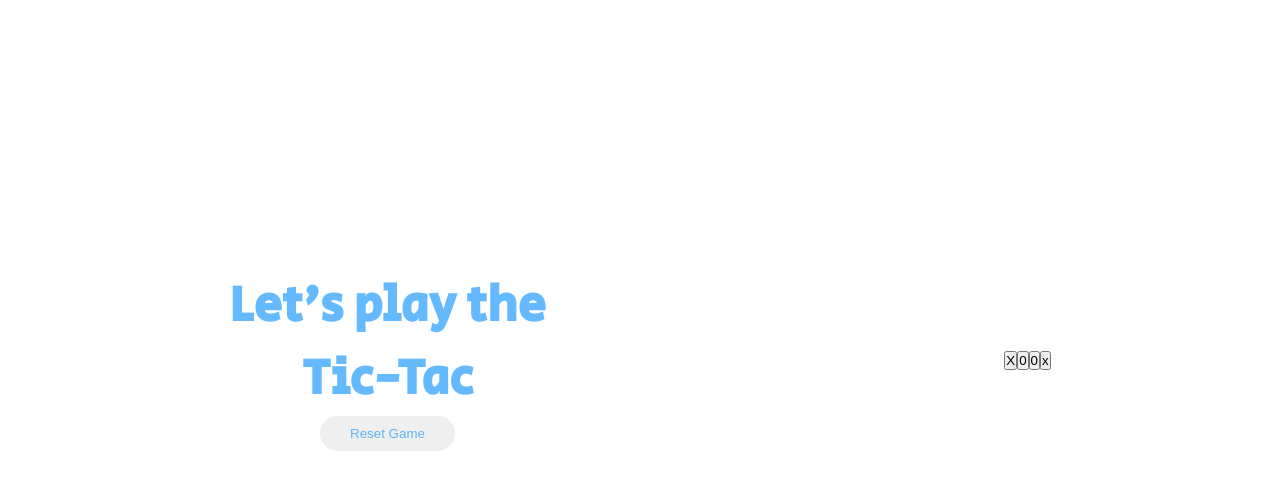
Repository: evergreenx/tic-tac
Page: /
An editor plug-in stored every save of this project. The page is shown before and after the next save, followed by the edit.
The browser window is 1280 px wide. The pictures show the whole page.
The project was rebuilt for these pictures with package versions that can differ from the ones it lists, and the page was loaded fresh each time.

Above is the page before, as saved 2022-04-21 04:10:15.

After the next save:
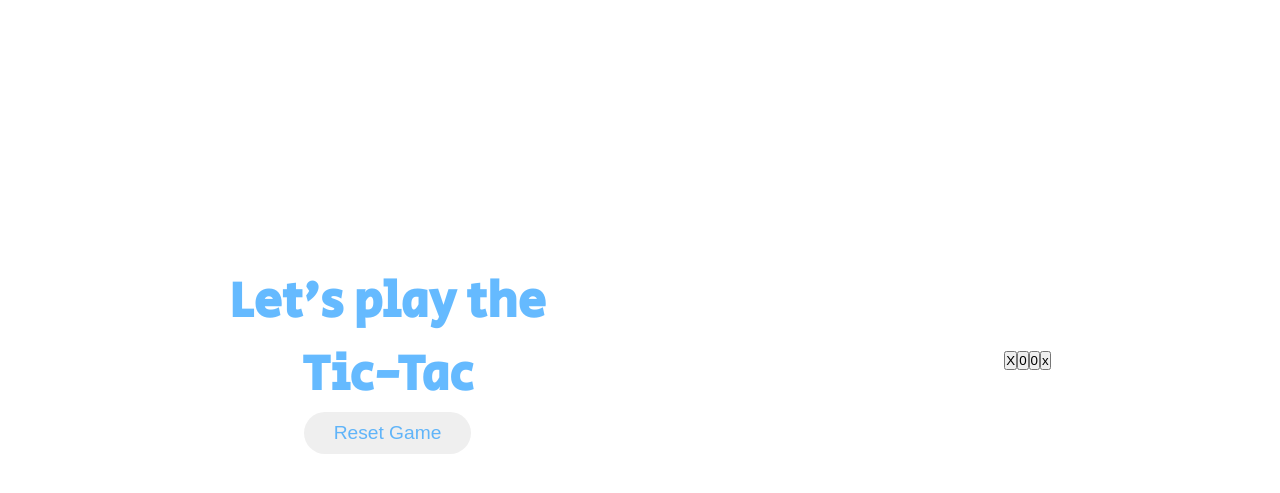
Saved 38 s later.
--- a/src/index.scss
+++ b/src/index.scss
@@ -25,7 +25,7 @@ body {
 
     .reset--button--text {
       color: #008cff9a;
-      font-size: 1.2re;
+      font-size: 1.2rem;
       padding: 10px 30px;
       border: none;
       border-radius: 50px;
